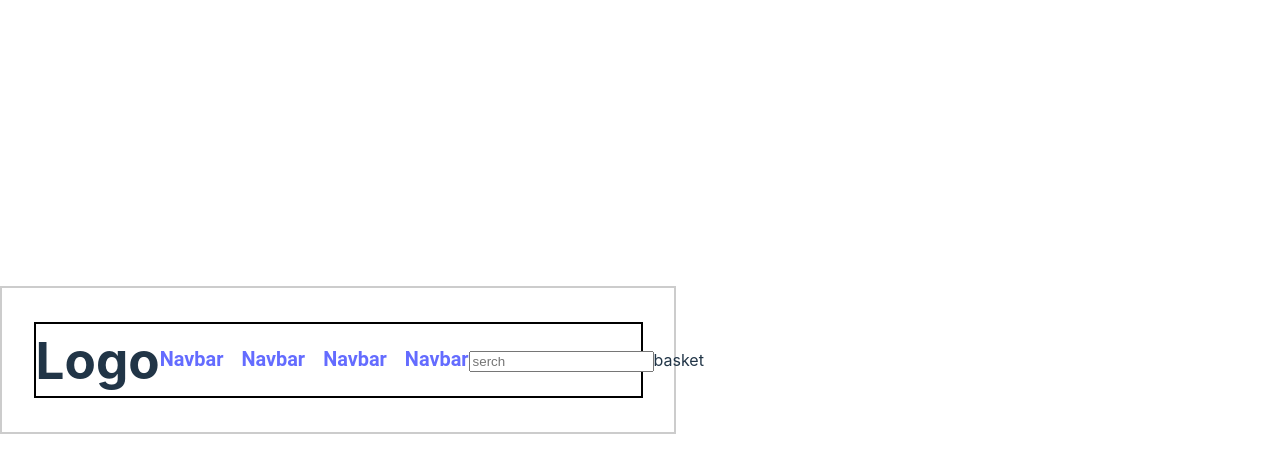
Repository: Islam432/Islam-and-Arsi---team
Page: /
The author's editor kept a copy of each file at every save. The page is drawn from the files as they stood at one save, then again after a run of saves.
The browser window is 1280 px wide. The pictures show the whole page.
The project was rebuilt for these pictures with package versions that can differ from the ones it lists, and the page was loaded fresh each time. Also part of the build but not shown: vite.config.js, src/App.css.

Above is the page before, as saved 2023-03-09 23:11:36.

### src/main.jsx
import React from "react";
import ReactDOM from "react-dom/client";
import App from "./App";
import "./index.css";
import { BrowserRouter } from "react-router-dom";


ReactDOM.createRoot(document.getElementById("root")).render(
  <React.StrictMode>

      <BrowserRouter>
        <App />
      </BrowserRouter>

  </React.StrictMode>
);

### src/App.jsx
import { useState } from "react";
import reactLogo from "./assets/react.svg";
import "./App.css";
import { Route, Routes } from "react-router-dom";
import { Layout } from "./components/Layout";

function App() {
  return (

    <Layout>  <Routes>
    <Route path="/" />
    <Route path="/" />
  </Routes></Layout>

  );
}

export default App;

### src/components/Layout/index.jsx
import React from 'react'
import { Navbar } from '../Navbar/Navbar'

export const Layout = ({children}) => {
  return (
  <>
 <Navbar/>
  <main>{children}</main>
  </>
  )
}

### src/components/Navbar/Navbar.jsx
import React from "react";
import { NavLink } from "react-router-dom";
import styles from "./Navbar.module.css";

export const Navbar = () => {
  return (
    <div className={styles.cont}>
      <div className={styles.allnav}>
        <h1>Logo</h1>

        <div className={styles.navbar}>
          <NavLink>
            <h3>Navbar</h3>
          </NavLink>
          <NavLink>
            <h3>Navbar</h3>
          </NavLink>
          <NavLink>
            <h3>Navbar</h3>
          </NavLink>
          <NavLink>
            <h3>Navbar</h3>
          </NavLink>
        </div>

        <div className={styles.inputblok}>
          <input type="text" placeholder="serch" />
        </div>

        <div>basket</div>
      </div>
    </div>
  );
};

### src/components/Navbar/Navbar.module.css
.cont {
  display: flex;
  align-items: center;
  justify-content: center;
  height: 20vh;
  background: #ffffff;
  border: 2px solid #ccc;
}

.allnav {
  display: flex;
  align-items: center;
  justify-content: space-around;
  width: 90%;
  height: 10vh;
  border: 2px solid black;
}
.navbar {
  display: flex;
  justify-content: space-around;
  align-items: center;
  gap: 18px;

  font-family: Roboto;
  font-style: Bold;
  font-size: 17px;
text-decoration: none;
}

Loaded but not shown: index.html (common file); src/index.css (common file)

After the next 3 saves:
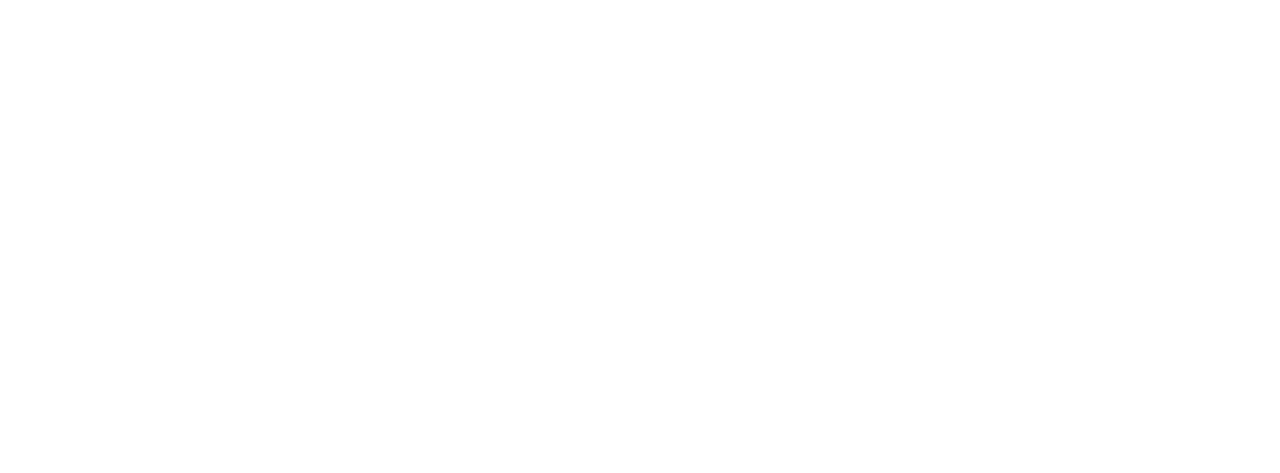
Console error: ReferenceError: st is not defined
The 3 saves are shown as one change because they came seconds apart.
The last was saved 77 s later.
--- a/src/components/Navbar/Navbar.jsx
+++ b/src/components/Navbar/Navbar.jsx
@@ -9,7 +9,7 @@
         <h1>Logo</h1>
 
         <div className={styles.navbar}>
-          <NavLink>
+          <NavLink className={st}>
             <h3>Navbar</h3>
           </NavLink>
           <NavLink>

After the 2 saves that followed:
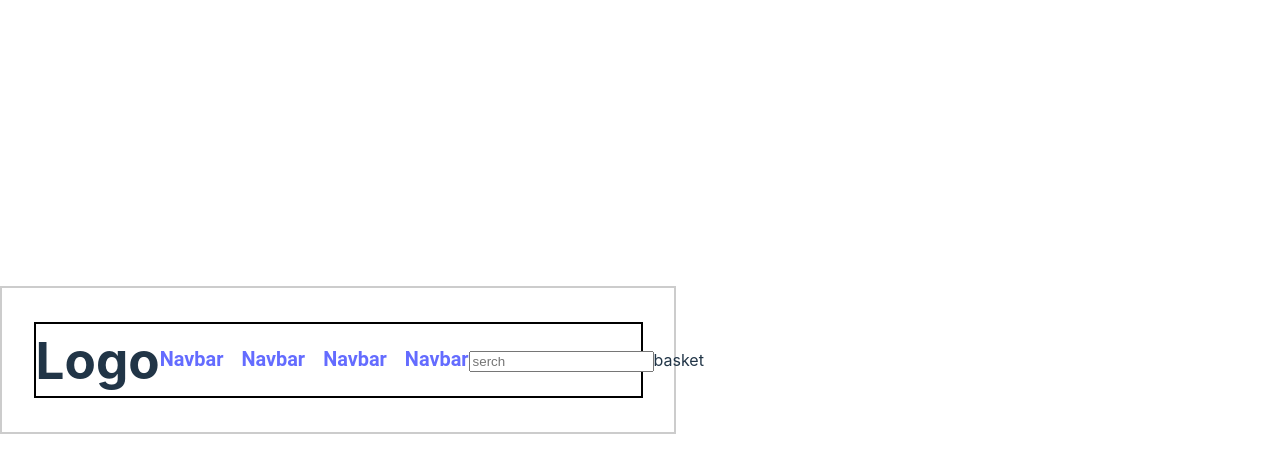
The error is gone.
The 2 saves are shown as one change because they came seconds apart.
The last was saved 6 s later.
--- a/src/components/Navbar/Navbar.jsx
+++ b/src/components/Navbar/Navbar.jsx
@@ -9,7 +9,7 @@
         <h1>Logo</h1>
 
         <div className={styles.navbar}>
-          <NavLink className={st}>
+          <NavLink className={styles.NavLink}>
             <h3>Navbar</h3>
           </NavLink>
           <NavLink>
